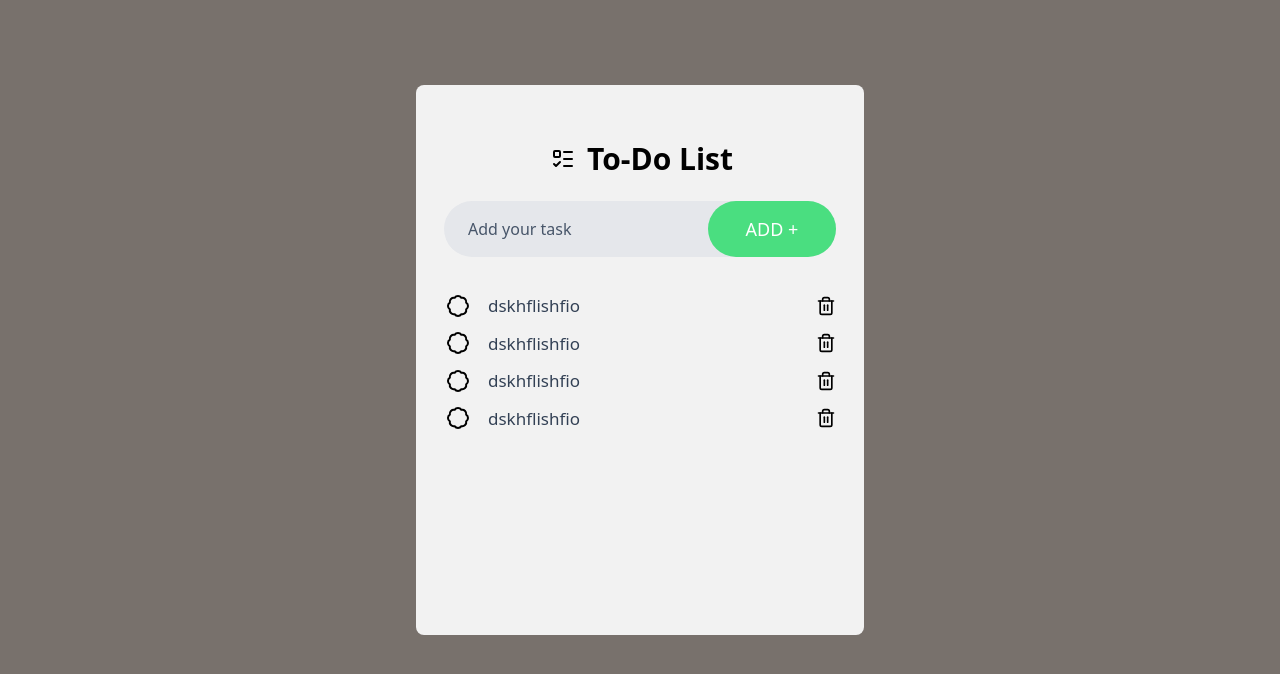
Repository: guilhermecardoso93/todolist-2025-tailwind
Page: /
The author's editor kept a copy of each file at every save. The page is drawn from the files as they stood at one save, then again after the next save.
The browser window is 1280 px wide. The pictures show the whole page.
The project was rebuilt for these pictures with package versions that can differ from the ones it lists, and the page was loaded fresh each time. Also part of the build but not shown: vite.config.js.

Above is the page before, as saved 2024-11-07 20:25:48.

### index.html
<!doctype html>
<html lang="en">
  <head>
    <meta charset="UTF-8" />
    <meta name="viewport" content="width=device-width, initial-scale=1.0" />
    <title>ToDo List</title>
  </head>
  <body>
    <div id="root"></div>
    <script type="module" src="/src/main.jsx"></script>
  </body>
</html>

### src/App.jsx
import "./App.css";
import { ToDo } from "./components/ToDo";

export function App() {
  return (
    <div className="bg-stone-500 grid py-4 min-h-screen">
      <ToDo />
    </div>
  );
}

### src/components/ToDo.jsx
import { useRef, useState } from "react";
import { ListTodo } from "lucide-react";
import { Item } from "./Item";

export function ToDo({ text }) {
  const [todoList, setTodoList] = useState([]);
  const inputRef = useRef();

  function add() {
    const inputText = inputRef.current.value.trim();

    if (inputText === "") {
      return;
    }

    const newTodo = {
      id: Date.now(),
      text: inputText,
      isComplete: false,
    };

    setTodoList((prev) => [...prev, newTodo]);
    inputRef.current.value = "";
  }

  return (
    <div className="bg-[#f2f2f2] place-self-center w-11/12 max-w-md flex flex-col p-7 min-h-[550px] rounded-lg gap-4">
      <div className="flex items-center mt-7 gap-2 flex flex-row justify-center">
        <ListTodo className="w-8" />
        <h1 className="text-3xl font-semibold">To-Do List</h1>
      </div>

      <div className="flex items-center my-2 bg-gray-200 rounded-full">
        <input
          type="text"
          placeholder="Add your task"
          className="bg-transparent border-0 outline-none flex-1 h-14 pl-6 pr-2 placeholder:text-slate-600"
          ref={inputRef}
        />
        <button
          onClick={add}
          className="border-none rounded-full bg-green-400 w-32 h-14 text-white text-lg font-medium cursor-pointer hover:bg-green-600"
        >
          ADD +
        </button>
      </div>
      <div className="">
        <Item text="dskhflishfio" />
        <Item text="dskhflishfio" />
        <Item text="dskhflishfio" />
        <Item text="dskhflishfio" />
      </div>
    </div>
  );
}

### src/components/Item.jsx
import { Badge, BadgeCheck, Trash2 } from "lucide-react";

export function Item({text}) {
  return (
    <div className="flex items-center my-3 gap-2">
      <div className="flex flex-1 items-center cursor-pointer">
        <Badge className="w-7" />
        <p className="text-slate-700 ml-4 text-[17px]">{text}</p>
      </div>
      <Trash2 className="hover:text-red-600 w-5 cursor-pointer" />
    </div>
  );
}

Loaded but not shown: src/main.jsx (common file); src/index.css (common file); tailwind.config.js (common file); src/App.css (no stored copy; drawn as an empty file)

After the next save:
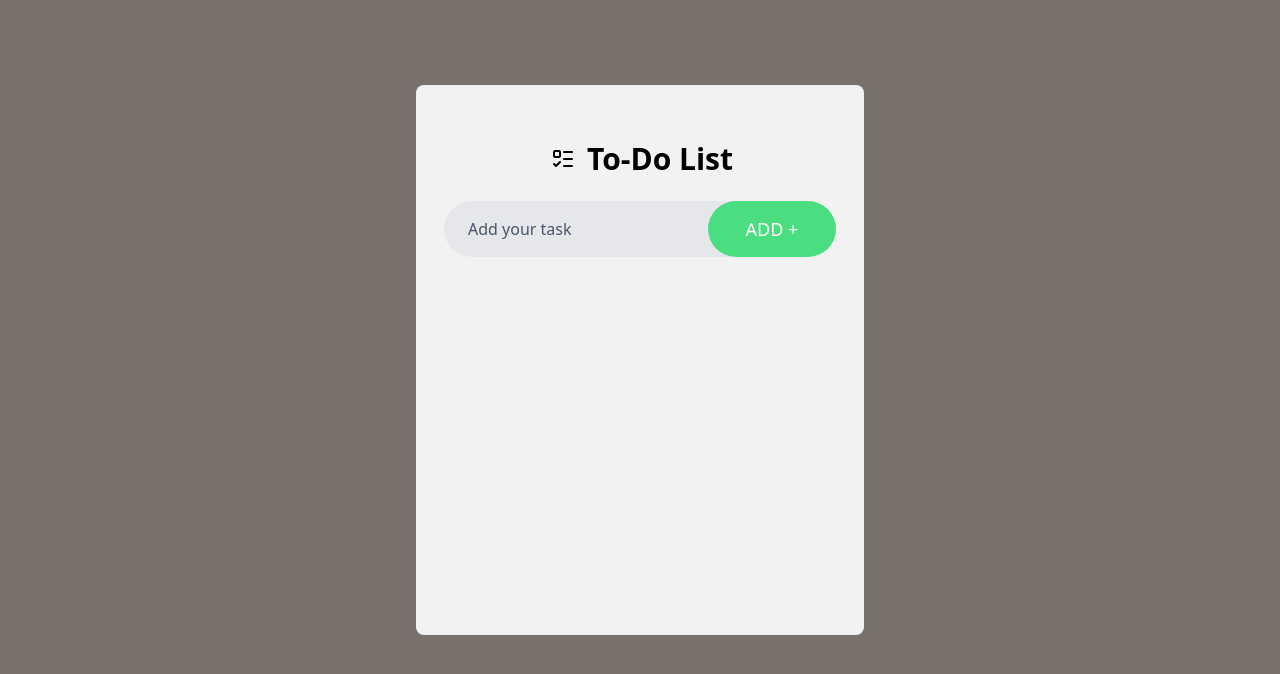
Saved 99 s later.
--- a/src/components/ToDo.jsx
+++ b/src/components/ToDo.jsx
@@ -10,7 +10,7 @@ export function ToDo({ text }) {
     const inputText = inputRef.current.value.trim();
 
     if (inputText === "") {
-      return;
+      return null;
     }
 
     const newTodo = {
@@ -45,10 +45,9 @@ export function ToDo({ text }) {
         </button>
       </div>
       <div className="">
-        <Item text="dskhflishfio" />
-        <Item text="dskhflishfio" />
-        <Item text="dskhflishfio" />
-        <Item text="dskhflishfio" />
+        {todoList.map((index, id) => {
+          return <Item text={text} />;
+        })}
       </div>
     </div>
   );
